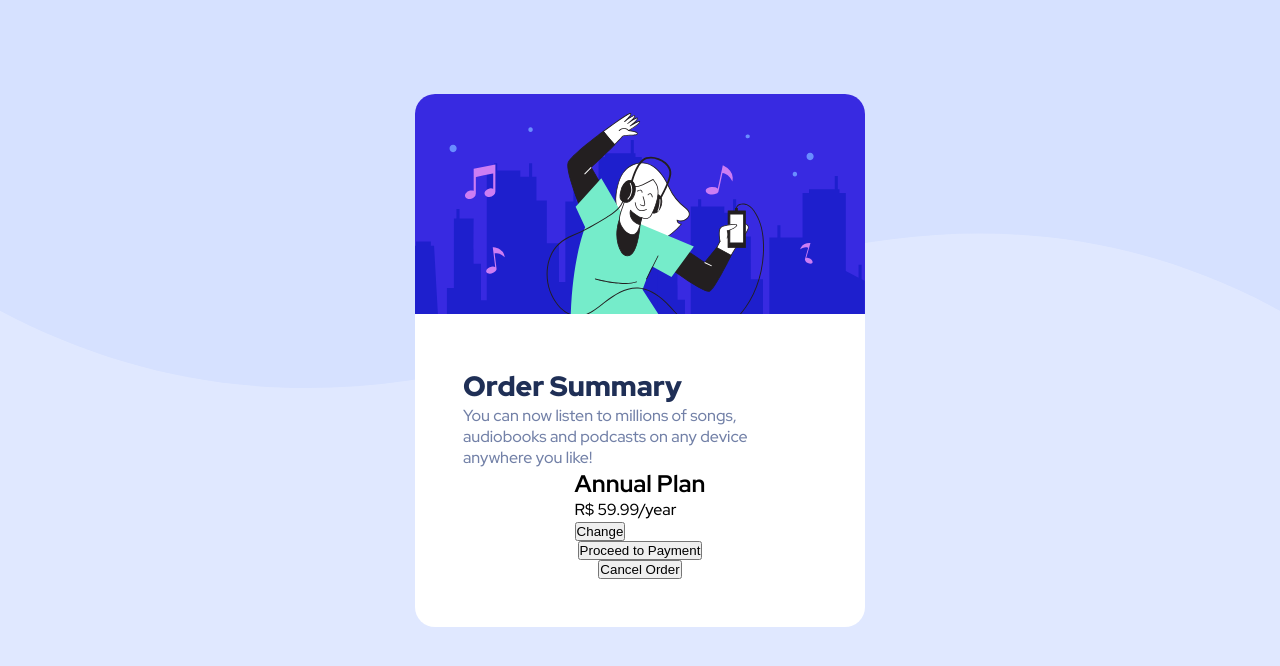
Repository: gccavalheiro/order-summary-card
Page: index.html
These files come from the project's save history. The page is drawn as it stood at one moment and after the next save; the edit follows.
The browser window is 1280 px wide. The pictures show the whole page.

Above is the page before, as saved 2021-12-17 02:07:26.

### index.html
<!DOCTYPE html>
<html lang="en">

<head>
  <meta charset="UTF-8" />
  <meta http-equiv="X-UA-Compatible" content="IE=edge" />
  <meta name="viewport" content="width=device-width, initial-scale=1.0" />
  <link rel="preconnect" href="https://fonts.googleapis.com">
  <link rel="preconnect" href="https://fonts.gstatic.com" crossorigin>
  <link href="https://fonts.googleapis.com/css2?family=Red+Hat+Display:wght@500;700;900&display=swap" rel="stylesheet">
  <link rel="icon" type="image/png" sizes="32x32" href="./images/favicon-32x32.png" />
  <title>Frontend Mentor | Order summary card</title>
  <link rel="stylesheet" href="./assets/css/main.css" />
</head>

<body>
  <main>
    <div class="card">
      <div class="card-header">
        <img src="./assets/images/illustration-hero.svg" alt="Illustration Woman">
      </div>
      <div class="card-body">
        <div class="card-info">
          <h1>Order Summary</h1>
          <p>You can now listen to millions of songs,
            audiobooks and podcasts on any device
            anywhere you like! </p>
        </div>
        <div class="card-plan">
          <div class="card-plan-detail">
            <div class="card-plan-icon-detail"></div>
            <div class="card-plan-info-detail">
              <h2>Annual Plan</h2>
              <p>R$ 59.99/year</p>
            </div>
          </div>
          <button class="card-plan-button">Change</button>
        </div>
        <button class="card-button-payment">Proceed to Payment</button>
        <button class="card-button-cancel">Cancel Order</button>
      </div>
    </div>
  </main>
</body>

</html>

### assets/css/main.css
:root {
  --primary-pale-blue: hsl(225, 100%, 94%);
  --secondary-bright-blue: hsl(245, 75%, 52%);
  --very-pale-blue:hsl(225, 100%, 98%);
  --desaturated-blue: hsl(224, 23%, 55%);
  --dark-blue: hsl(223, 47%, 23%);
  --variant-blue: hsl(245, 83%, 68%);
  --white: hsl(0, 0%, 100%);
}

* {
  margin: 0;
  padding: 0;
  outline: 0;
  box-sizing: border-box;
  text-rendering: optimizeLegibility;
  -webkit-font-smoothing: antialiased;
  -moz-osx-font-smoothing: grayscale;
}


body {
  font-family: 'Red Hat Display', sans-serif;
  font-size: 1rem;
  background-color: var(--primary-pale-blue);
  background-image: url('../images/pattern-background-desktop.svg');
  background-repeat: no-repeat;
  background-position: top center;
  background-size: contain;
}

img {
  width: 100%;
}

main {
  display: flex;
  align-items: center;
  justify-content: center;
  width: 100%;
  height: 100vh;
}

.card {
  display: flex;
  flex-direction: column;
  width: 100%;
  max-width: 450px;
  border-radius: 20px;
  background-color: var(--white);
}

.card-header {
  width: 100%;
  border-top-left-radius: 20px;
  border-top-right-radius: 20px;
  overflow: hidden;
}

.card-body {
  display: flex;
  flex-direction: column;
  align-items: center;
  padding: 48px;
}

.card-info h1{
  font-size: 1.75rem;
  color: var(--dark-blue);
  font-weight: 900;
}

.card-info p{
  font-size: 1rem;
  color: var(--desaturated-blue);
  font-weight: 500;
}



.card-plan{}
.card-plan-detail{}
.card-plan-icon-detail{}
.card-plan-info-detail{}
.card-plan-button{}
.card-button-payment{}
.card-button-cancel{}

After the next save:
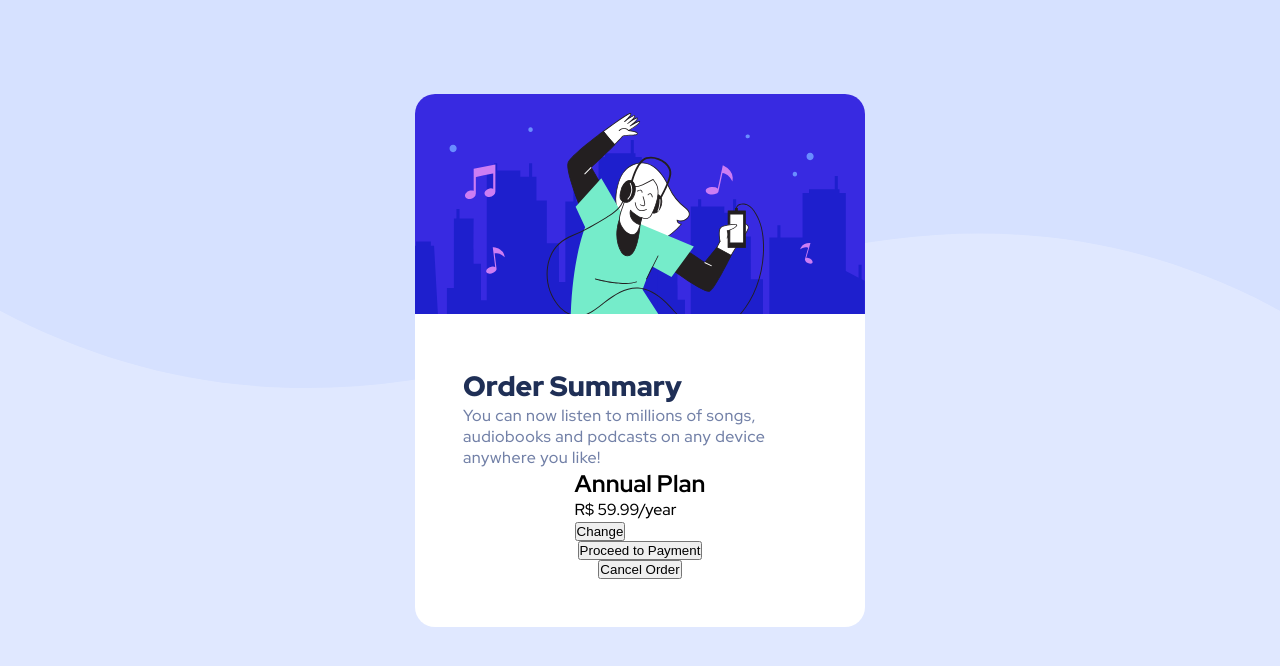
Saved 15 s later.
--- a/assets/css/main.css
+++ b/assets/css/main.css
@@ -74,6 +74,7 @@ main {
   font-size: 1rem;
   color: var(--desaturated-blue);
   font-weight: 500;
+  letter-spacing: 0.03em;
 }
 
 
